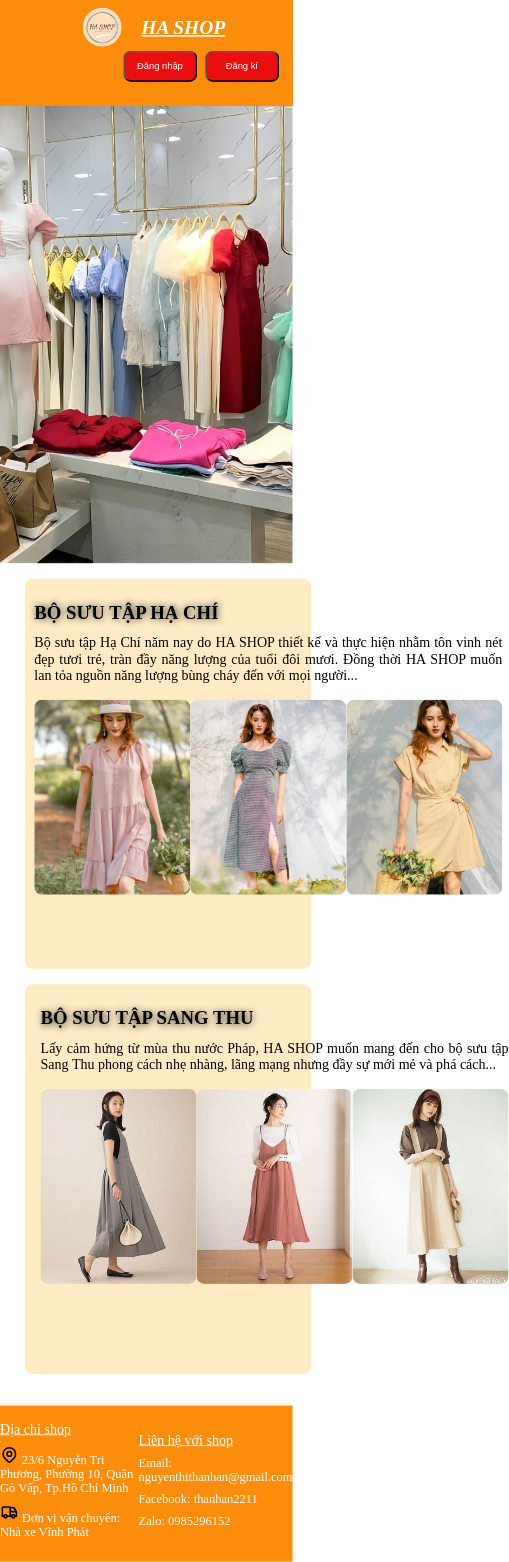
Repository: manhhieu120499/Project_ShopQuanAo
Page: index.html
The author's editor kept a copy of each file at every save. The page is drawn from the files as they stood at one save, then again after the next save.
The browser window is 375 px wide. The page is 652 px wide, so the pictures cover 652 px, including what lies to the right of the window. The pictures show the whole page, at 78% of full size.

Above is the page before, as saved 2023-04-07 23:25:56.

After the next save:
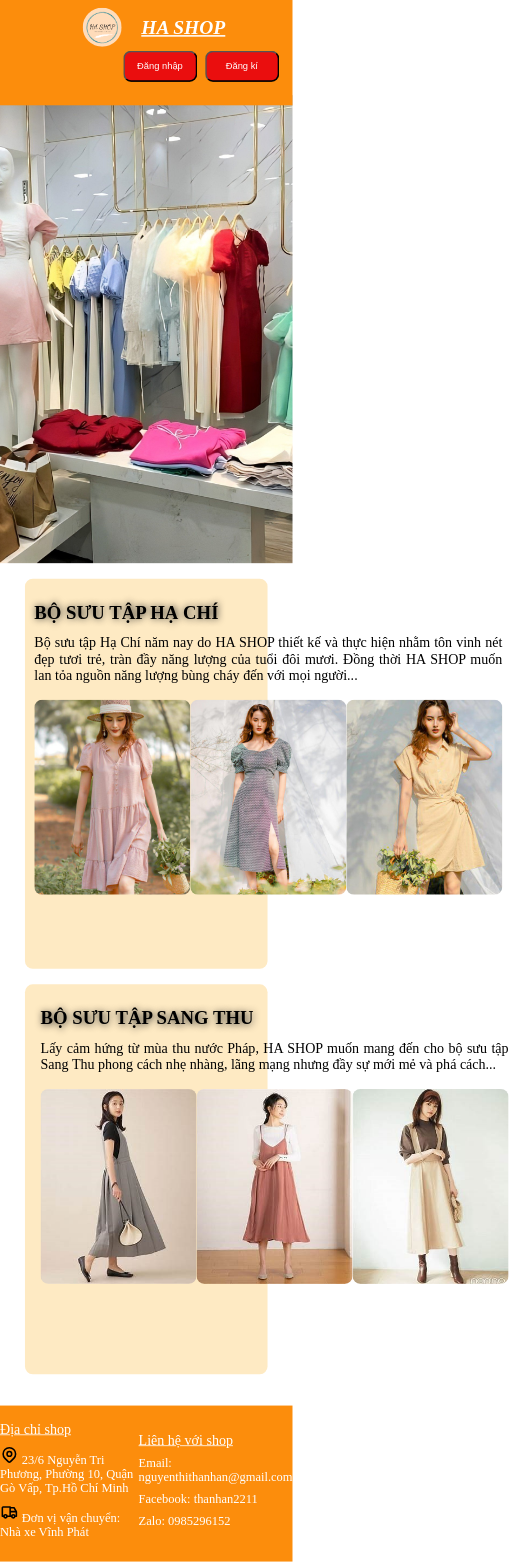
Saved 10 s later.
--- a/responsive/responsive_trangchu.css
+++ b/responsive/responsive_trangchu.css
@@ -95,7 +95,7 @@
     }
 
     .album_one {
-        width: 367px;
+
 
     }
 }

After the save that followed:
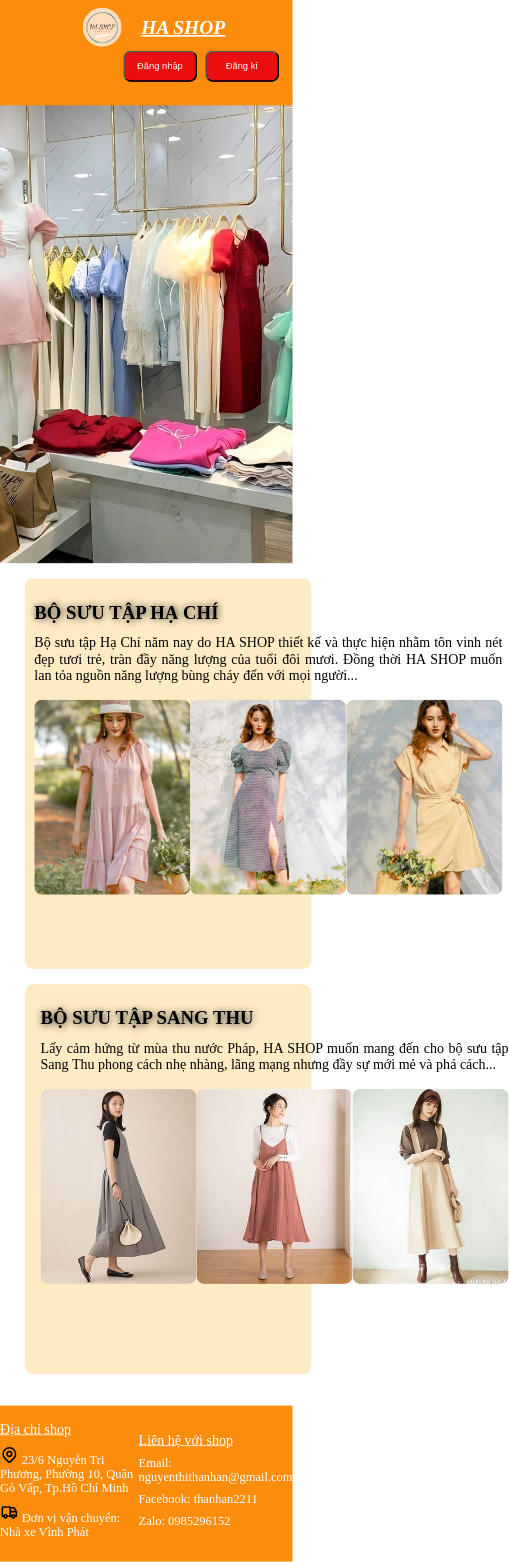
Saved 29 s later.
--- a/responsive/responsive_trangchu.css
+++ b/responsive/responsive_trangchu.css
@@ -95,7 +95,7 @@
     }
 
     .album_one {
-
+       width: 367px;
 
     }
 }
